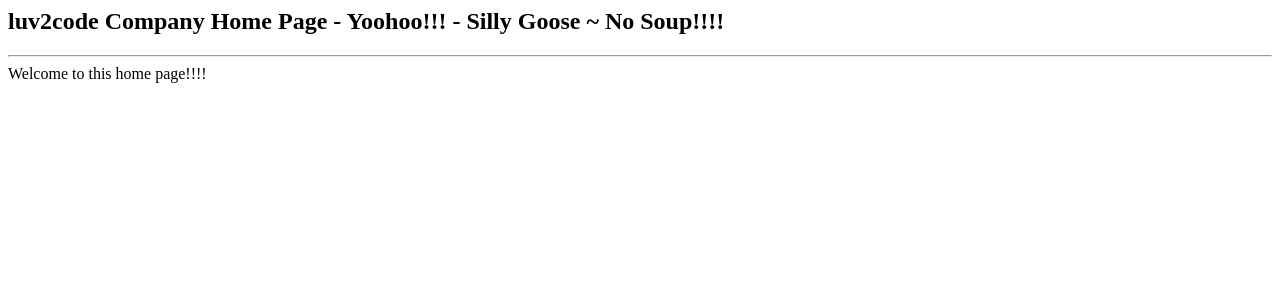
Repository: JT12s/Ecllipse-SpringPrcaticeProject
Page: http://localhost/spring-security-demo-05-logout/
An editor plug-in stored every save of this project. The page is shown before and after the next save, followed by the edit.
The browser window is 1280 px wide. The pictures show the whole page.
The page is served by Tomcat 9. Other server files are loaded and not shown.

Above is the page before, as saved 2022-08-06 23:57:53.

### spring-security-demo-05-logout/src/main/webapp/WEB-INF/view/home.jsp
<%@ taglib prefix="form" uri="http://www.springframework.org/tags/form" %>

<html>

<head>

	<title>luv2code Company Home Page</title>
</head>

<body>
	<h2>luv2code Company Home Page - Yoohoo!!! - Silly Goose ~ No Soup!!!!</h2>
	<hr>

	Welcome to this home page!!!!

</body>

</html>

After the next save:
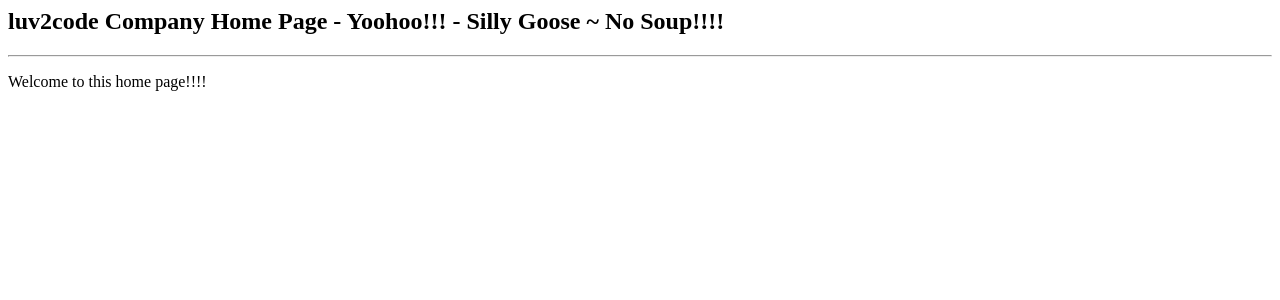
Saved 20 s later.
--- a/spring-security-demo-05-logout/src/main/webapp/WEB-INF/view/home.jsp
+++ b/spring-security-demo-05-logout/src/main/webapp/WEB-INF/view/home.jsp
@@ -11,8 +11,9 @@
 	<h2>luv2code Company Home Page - Yoohoo!!! - Silly Goose ~ No Soup!!!!</h2>
 	<hr>
 
+	<p>
 	Welcome to this home page!!!!
-
+	</p>
 </body>
 
 </html>
